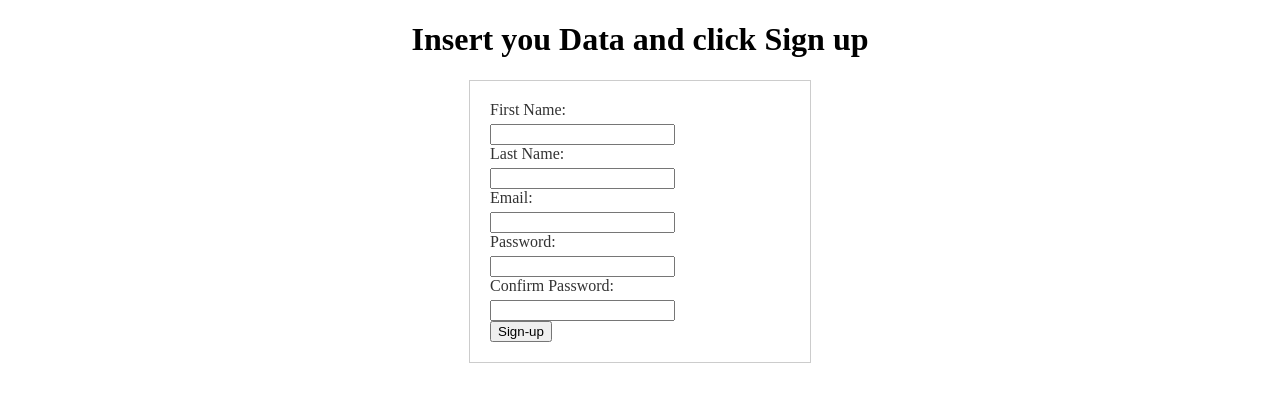
Repository: GiuuGpEEp/TerzoAnnoUni
Page: SAW/Esercizi/Form/Form.html
The author's editor kept a copy of each file at every save. The page is drawn from the files as they stood at one save, then again after the next save.
The browser window is 1280 px wide. The pictures show the whole page.

Above is the page before, as saved 2024-11-18 22:36:02.

### SAW/Esercizi/Form/Form.html
<!DOCTYPE html>
<html lang="en">
    <head>
        <title>Form</title>
        <style>
            h1{
                text-align: center;
            }
            form{
                width: 300px; /* Larghezza del form */
                margin: 0 auto; /* Centra il form nella pagina */
                border: 1px solid #ccc; /* Bordino sottile */
                padding: 20px;
            }
            label {
                display: block;
                margin-bottom: 5px;
                color: #333; /* Blu scuro */
            }
        </style>
    </head>
    <body>
        <h1>Insert you Data and click Sign up</h1>
        <form action="registration.php" method="post">
            <div><label for="firstname">First Name:</label>
            <input type="text" name="firstname" id="firstname"></div>
            <div><label for="lastname">Last Name:</label>
            <input type="text" name="lastname" id="lastname"></div>
            <div><label for="email">Email:</label>
            <input type="email" name="email" id="email"></div>
            <div><label for="pass">Password:</label>
            <input type="password" name="pass" id="pass"></div>
            <div><label for="confirm">Confirm Password:</label>
            <input type="password" name="confirm" id="confirm"></div>
            <input type="submit" name="submit" value="Sign-up">
          </form>
    </body>

</html>

After the next save:
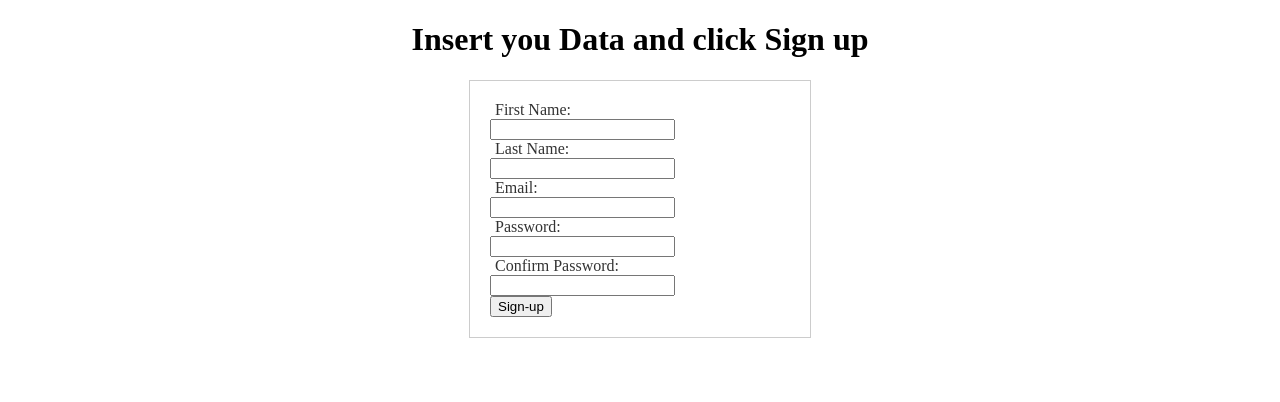
Saved 11 s later.
--- a/SAW/Esercizi/Form/Form.html
+++ b/SAW/Esercizi/Form/Form.html
@@ -14,7 +14,7 @@
             }
             label {
                 display: block;
-                margin-bottom: 5px;
+                margin-left: 5px;
                 color: #333; /* Blu scuro */
             }
         </style>

After the save that followed:
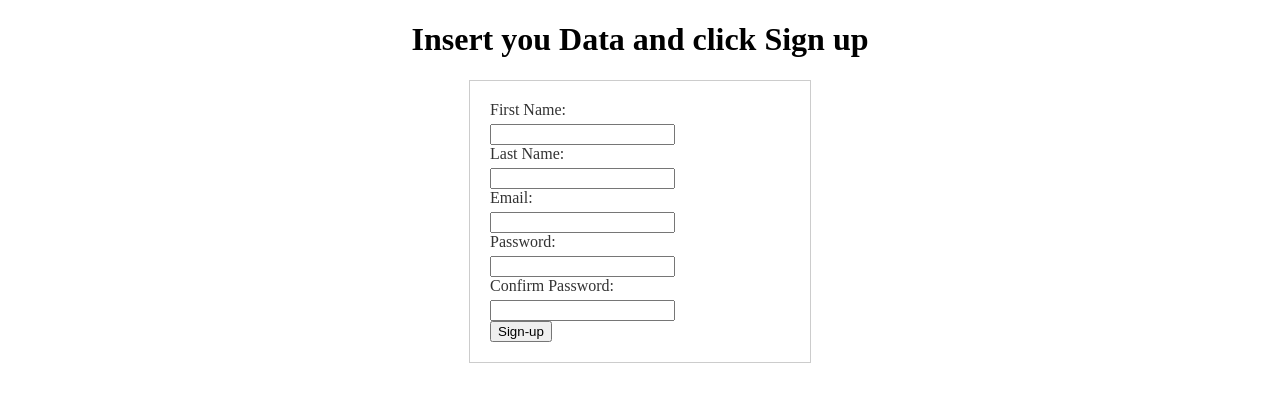
Saved 6 s later.
--- a/SAW/Esercizi/Form/Form.html
+++ b/SAW/Esercizi/Form/Form.html
@@ -14,7 +14,7 @@
             }
             label {
                 display: block;
-                margin-left: 5px;
+                margin-bottom: 5px;
                 color: #333; /* Blu scuro */
             }
         </style>
